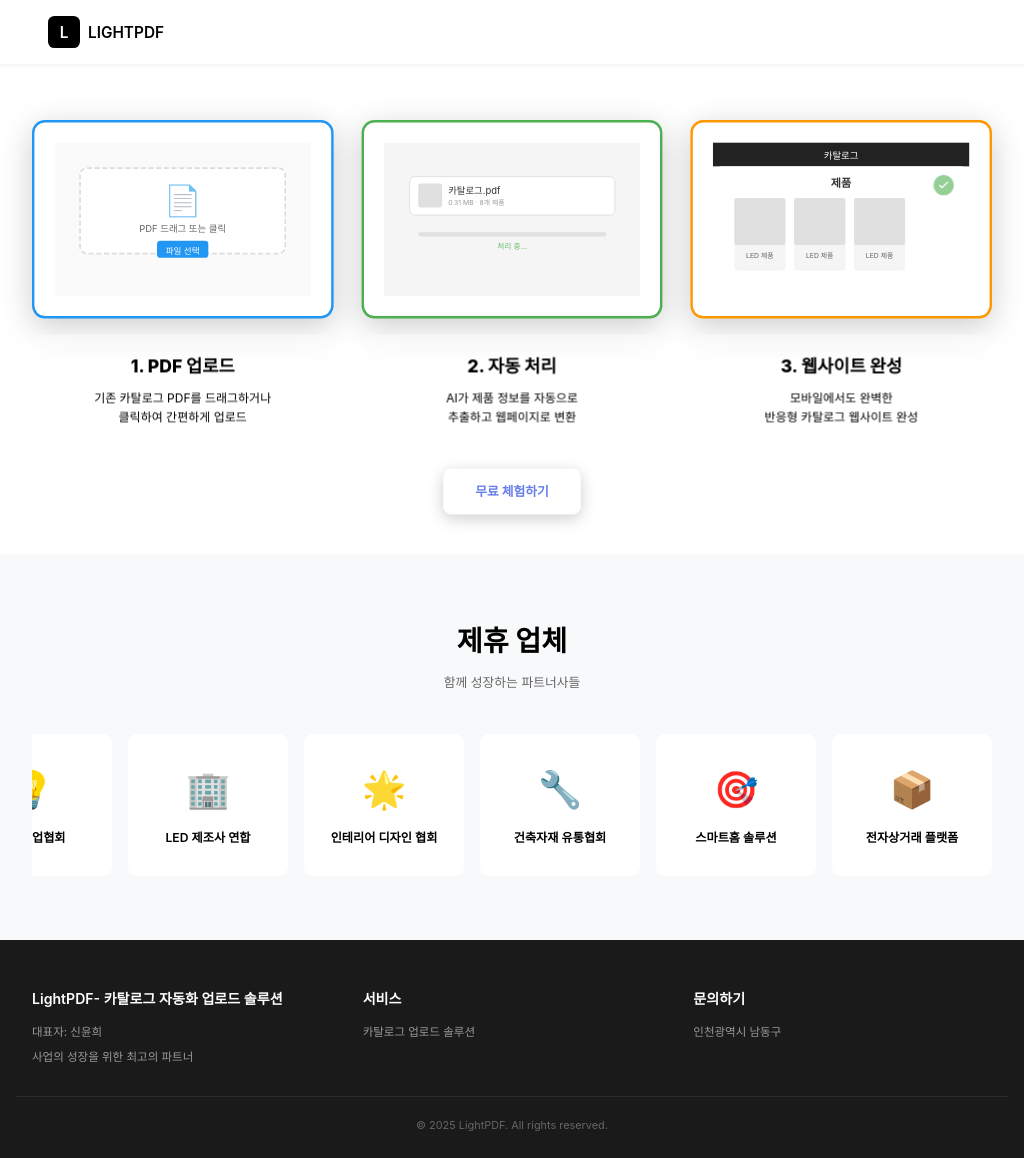
Repository: ororso11/catamaster
Page: index.html
An editor plug-in stored every save of this project. The page is shown before and after a run of saves, followed by the edit.
The browser window is 1280 px wide. The pictures show the whole page, at 80% of full size.

Above is the page before, as saved 2025-10-05 00:55:30.

### index.html
<!DOCTYPE html>
<html lang="ko">
<head>
    <meta charset="UTF-8">
    <meta name="viewport" content="width=device-width, initial-scale=1.0">
    <title>LIGHTPDF - 카탈로그 자동화 업로드 솔루션</title>
    <link rel="stylesheet" href="style.css">
</head>
<body>
    <header>
        <div class="header-container">
            <div class="logo">
                <div class="logo-icon">L</div>
                <span>LIGHTPDF</span>
            </div>
        </div>
    </header>

    <section class="hero">
        <div class="hero-content">
            <div class="process-container">
                <!-- Step 1 -->
                <div class="process-card">
                    <div class="card-inner card-1">
                        <svg viewBox="0 0 300 180" xmlns="http://www.w3.org/2000/svg">
                            <rect fill="#fafafa" width="300" height="180"/>
                            <rect x="30" y="30" width="240" height="100" rx="8" fill="white" stroke="#ddd" stroke-width="2" stroke-dasharray="6,3"/>
                            <text class="upload-icon" x="150" y="80" text-anchor="middle" font-size="35">📄</text>
                            <text x="150" y="105" text-anchor="middle" fill="#666" font-size="11">PDF 드래그 또는 클릭</text>
                            <rect x="120" y="115" width="60" height="20" rx="4" fill="#2196F3"/>
                            <text x="150" y="130" text-anchor="middle" fill="white" font-size="10">파일 선택</text>
                        </svg>
                    </div>
                    <div class="card-description">
                        <h3>1. PDF 업로드</h3>
                        <p>기존 카탈로그 PDF를 드래그하거나<br>클릭하여 간편하게 업로드</p>
                    </div>
                </div>

                <!-- Step 2 -->
                <div class="process-card">
                    <div class="card-inner card-2">
                        <svg viewBox="0 0 300 180" xmlns="http://www.w3.org/2000/svg">
                            <rect fill="#f5f5f5" width="300" height="180"/>
                            <rect x="30" y="40" width="240" height="45" rx="6" fill="white" stroke="#ddd"/>
                            <rect x="40" y="48" width="28" height="28" rx="3" fill="#e0e0e0"/>
                            <text x="75" y="60" fill="#333" font-size="11">카탈로그.pdf</text>
                            <text x="75" y="73" fill="#999" font-size="8">0.31 MB · 8개 제품</text>
                            <rect x="40" y="105" width="220" height="5" rx="2.5" fill="#e0e0e0"/>
                            <rect class="progress-bar" x="40" y="105" width="0" height="5" rx="2.5" fill="#4CAF50"/>
                            <text class="processing-text" x="150" y="125" text-anchor="middle" fill="#4CAF50" font-size="9">처리 중...</text>
                        </svg>
                    </div>
                    <div class="card-description">
                        <h3>2. 자동 처리</h3>
                        <p>AI가 제품 정보를 자동으로<br>추출하고 웹페이지로 변환</p>
                    </div>
                </div>

                <!-- Step 3 -->
                <div class="process-card">
                    <div class="card-inner card-3">
                        <svg viewBox="0 0 300 180" xmlns="http://www.w3.org/2000/svg">
                            <rect fill="#222" width="300" height="28"/>
                            <text x="150" y="19" text-anchor="middle" fill="white" font-size="11">카탈로그</text>
                            <rect x="8" y="28" width="284" height="144" fill="#fff"/>
                            <text x="150" y="52" text-anchor="middle" fill="#333" font-size="13" font-weight="bold">제품</text>

                            <g class="product-1">
                                <rect x="25" y="65" width="60" height="85" rx="3" fill="#f5f5f5"/>
                                <rect x="25" y="65" width="60" height="55" rx="3" fill="#e0e0e0"/>
                                <text x="55" y="135" text-anchor="middle" fill="#666" font-size="8">LED 제품</text>
                            </g>

                            <g class="product-2">
                                <rect x="95" y="65" width="60" height="85" rx="3" fill="#f5f5f5"/>
                                <rect x="95" y="65" width="60" height="55" rx="3" fill="#e0e0e0"/>
                                <text x="125" y="135" text-anchor="middle" fill="#666" font-size="8">LED 제품</text>
                            </g>

                            <g class="product-3">
                                <rect x="165" y="65" width="60" height="85" rx="3" fill="#f5f5f5"/>
                                <rect x="165" y="65" width="60" height="55" rx="3" fill="#e0e0e0"/>
                                <text x="195" y="135" text-anchor="middle" fill="#666" font-size="8">LED 제품</text>
                            </g>

                            <g class="checkmark">
                                <circle cx="270" cy="50" r="12" fill="#4CAF50"/>
                                <path d="M 265 50 L 268 53 L 275 46" stroke="white" stroke-width="1.5" fill="none"/>
                            </g>
                        </svg>
                    </div>
                    <div class="card-description">
                        <h3>3. 웹사이트 완성</h3>
                        <p>모바일에서도 완벽한<br>반응형 카탈로그 웹사이트 완성</p>
                    </div>
                </div>
            </div>
              <a href="dashboard.html" class="cta-button">무료 체험하기</a>
        </div>
    </section>

    <section class="partners">
        <h2 class="section-title">제휴 업체</h2>
        <p class="section-subtitle">함께 성장하는 파트너사들</p>

        <div class="partners-slider">
            <div class="partners-track">
                <div class="partner-card"><div class="partner-logo">💡</div><div class="partner-name">조명산업협회</div></div>
                <div class="partner-card"><div class="partner-logo">🏢</div><div class="partner-name">LED 제조사 연합</div></div>
                <div class="partner-card"><div class="partner-logo">🌟</div><div class="partner-name">인테리어 디자인 협회</div></div>
                <div class="partner-card"><div class="partner-logo">🔧</div><div class="partner-name">건축자재 유통협회</div></div>
                <div class="partner-card"><div class="partner-logo">🎯</div><div class="partner-name">스마트홈 솔루션</div></div>
                <div class="partner-card"><div class="partner-logo">📦</div><div class="partner-name">전자상거래 플랫폼</div></div>
                <div class="partner-card"><div class="partner-logo">💡</div><div class="partner-name">조명산업협회</div></div>
                <div class="partner-card"><div class="partner-logo">🏢</div><div class="partner-name">LED 제조사 연합</div></div>
                <div class="partner-card"><div class="partner-logo">🌟</div><div class="partner-name">인테리어 디자인 협회</div></div>
                <div class="partner-card"><div class="partner-logo">🔧</div><div class="partner-name">건축자재 유통협회</div></div>
            </div>
        </div>
    </section>

    <footer>
        <div class="footer-content">
            <div class="footer-section">
                <h3>LightPDF- 카탈로그 자동화 업로드 솔루션</h3>
                <p>대표자: 신윤희</p>
                <p>사업의 성장을 위한 최고의 파트너</p>
            </div>
            <div class="footer-section">
                <h3>서비스</h3>
                <p>카탈로그 업로드 솔루션</p>
            </div>
            <div class="footer-section">
                <h3>문의하기</h3>
                <p>인천광역시 남동구</p>
            </div>
        </div>
        <div class="footer-bottom">
            <p>&copy; 2025 LightPDF. All rights reserved.</p>
        </div>
    </footer>
</body>
</html>

### style.css
* {
    margin: 0;
    padding: 0;
    box-sizing: border-box;
}

body {
    font-family: -apple-system, BlinkMacSystemFont, 'Segoe UI', 'Malgun Gothic', sans-serif;
    color: #333;
    line-height: 1.6;
    overflow-x: hidden;
}

/* Header */
header {
    background: white;
    padding: 20px 0;
    box-shadow: 0 2px 5px rgba(0,0,0,0.05);
    position: sticky;
    top: 0;
    z-index: 100;
}

.header-container {
    max-width: 1200px;
    margin: 0 auto;
    padding: 0 20px;
    display: flex;
    justify-content: space-between;
    align-items: center;
}

.logo {
    display: flex;
    align-items: center;
    gap: 10px;
    font-size: 1.2rem;
    font-weight: 600;
    color: #000;
}

.logo-icon {
    width: 40px;
    height: 40px;
    background: #000;
    border-radius: 8px;
    display: flex;
    align-items: center;
    justify-content: center;
    color: white;
    font-size: 1.2rem;
}

/* Hero Section */
.hero {
    /* background: linear-gradient(135deg, #667eea 0%, #764ba2 100%); */
    /* padding: 80px 20px 100px; */
    padding:0px 10px 50px;
    text-align: center;
}

.hero-content {
    max-width: 1200px;
    margin: 0 auto;
}

.hero h1 {
    font-size: 3rem;
    font-weight: 800;
    margin-bottom: 20px;
    /* color: white; */
    line-height: 1.3;
}

.subtitle {
    font-size: 1.3rem;
    /* color: rgba(255, 255, 255, 0.95); */
    margin-bottom: 35px;
    font-weight: 600;
}

.cta-button {
    display: inline-block;
    padding: 16px 40px;
    background: white;
    color: #667eea;
    text-decoration: none;
    border-radius: 10px;
    font-weight: 700;
    font-size: 1rem;
    transition: all 0.3s;
    box-shadow: 0 5px 20px rgba(0, 0, 0, 0.2);
    margin-top:30px;
}

.cta-button:hover {
    transform: translateY(-3px);
    box-shadow: 0 8px 25px rgba(0, 0, 0, 0.3);
}

/* 프로세스 컨테이너 - 크게 부각 */
.process-container {
    margin-top: 70px;
    display: grid;
    grid-template-columns: repeat(3, 1fr);
    gap: 35px;
    max-width: 1200px;
    margin-left: auto;
    margin-right: auto;
}

.process-card {
    text-align: center;
}

.card-inner {
    background: white;
    border-radius: 16px;
    padding: 25px;
    box-shadow: 0 10px 40px rgba(0, 0, 0, 0.2);
    margin-bottom: 20px;
    transition: all 0.4s cubic-bezier(0.175, 0.885, 0.32, 1.275);
    position: relative;
}

.card-1 {
    border: 3px solid #2196F3;
}

.card-2 {
    border: 3px solid #4CAF50;
}

.card-3 {
    border: 3px solid #FF9800;
}

.card-inner:hover {
    transform: translateY(-12px) scale(1.03);
    box-shadow: 0 20px 60px rgba(0, 0, 0, 0.3);
}

.card-inner svg {
    width: 100%;
    height: auto;
    display: block;
}

.card-description {
    background: rgba(255, 255, 255, 0.2);
    border-radius: 14px;
    padding: 22px;
    backdrop-filter: blur(12px);
    transition: all 0.3s;
    color: #000;
}

.process-card:hover .card-description {
    background: rgba(255, 255, 255, 0.3);
    transform: translateY(-5px);
}

.card-description h3 {
    /* color: white; */
    font-size: 22px;
    font-weight: 800;
    margin-bottom: 10px;
}

.card-description p {
    /* color: rgba(255, 255, 255, 0.95); */
    font-size: 15px;
    line-height: 1.6;
}

/* 애니메이션 */
.card-1:hover .upload-icon {
    animation: bounce 1s ease-in-out infinite;
}

@keyframes bounce {
    0%, 100% { transform: translateY(0); }
    50% { transform: translateY(-10px); }
}

.progress-bar {
    animation: fillProgress 2.5s ease-in-out infinite;
}

@keyframes fillProgress {
    0% { width: 0; }
    50% { width: 220px; }
    100% { width: 0; }
}

.processing-text {
    animation: blink 1.5s ease-in-out infinite;
}

@keyframes blink {
    0%, 100% { opacity: 0.3; }
    50% { opacity: 1; }
}

.product-1, .product-2, .product-3 {
    opacity: 0;
    animation: fadeIn 3s ease-in-out infinite;
}

.product-1 {
    animation-delay: 0s;
}

.product-2 {
    animation-delay: 0.4s;
}

.product-3 {
    animation-delay: 0.8s;
}

.checkmark {
    opacity: 0;
    animation: fadeIn 3s ease-in-out infinite;
    animation-delay: 1.5s;
}

@keyframes fadeIn {
    0%, 100% { opacity: 0; }
    30%, 70% { opacity: 1; }
}

/* Partners Section */
.partners {
    padding: 80px 20px;
    background: #f8f9fa;
    overflow: hidden;
}

.section-title {
    text-align: center;
    font-size: 2.2rem;
    color: #000;
    margin-bottom: 12px;
    font-weight: 700;
}

.section-subtitle {
    text-align: center;
    color: #666;
    margin-bottom: 50px;
    font-size: 1rem;
}

.partners-slider {
    max-width: 1200px;
    margin: 0 auto;
    overflow: hidden;
}

.partners-track {
    display: flex;
    gap: 20px;
    animation: scroll 30s linear infinite;
}

@keyframes scroll {
    0% { transform: translateX(0); }
    100% { transform: translateX(-50%); }
}

.partner-card {
    min-width: 200px;
    background: white;
    padding: 35px 20px;
    border-radius: 12px;
    text-align: center;
    flex-shrink: 0;
    transition: all 0.3s;
}

.partner-card:hover {
    transform: translateY(-5px);
    box-shadow: 0 5px 20px rgba(0,0,0,0.1);
}

.partner-logo {
    font-size: 2.8rem;
    margin-bottom: 12px;
}

.partner-name {
    font-weight: 600;
    color: #000;
    font-size: 0.95rem;
}

/* Footer */
footer {
    background: #1a1a1a;
    color: #999;
    padding: 60px 20px 30px;
}

.footer-content {
    max-width: 1200px;
    margin: 0 auto;
    display: grid;
    grid-template-columns: repeat(3, 1fr);
    gap: 40px;
    margin-bottom: 30px;
}

.footer-section h3 {
    margin-bottom: 15px;
    font-size: 1.1rem;
    color: white;
    font-weight: 600;
}

.footer-section p {
    color: #999;
    font-size: 0.9rem;
    margin-bottom: 8px;
}

.footer-bottom {
    text-align: center;
    padding-top: 25px;
    border-top: 1px solid #333;
    color: #666;
    font-size: 0.85rem;
}

/* 반응형 */
@media (max-width: 768px) {
    .hero h1 {
        font-size: 2rem;
    }

    .process-container {
        grid-template-columns: 1fr;
        gap: 40px;
    }

    .footer-content {
        grid-template-columns: 1fr;
    }
}

After the next 2 saves:
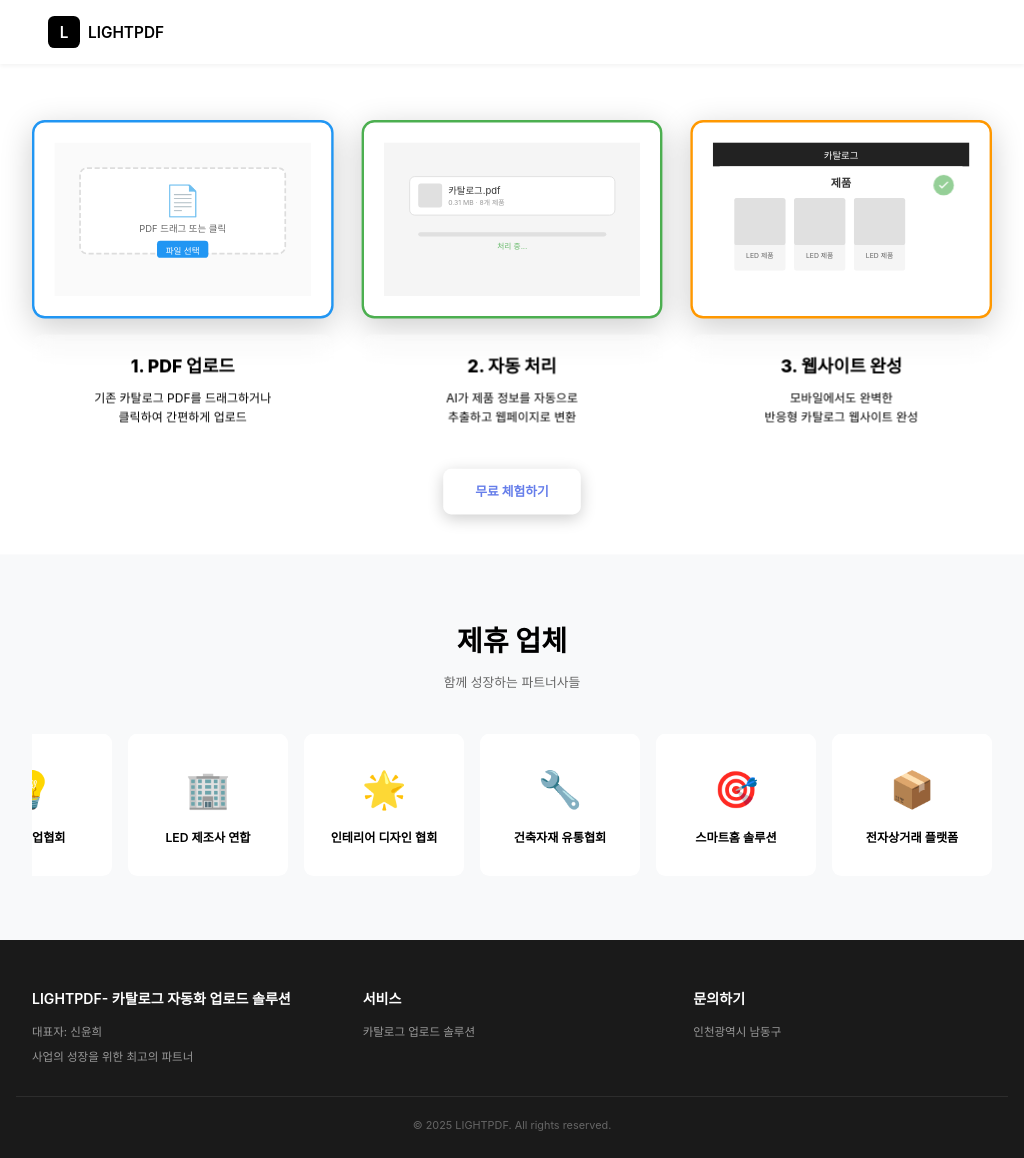
The 2 saves are shown as one change because they came seconds apart.
The last was saved 6 s later.
--- a/index.html
+++ b/index.html
@@ -123,7 +123,7 @@
     <footer>
         <div class="footer-content">
             <div class="footer-section">
-                <h3>LightPDF- 카탈로그 자동화 업로드 솔루션</h3>
+                <h3>LIGHTPDF- 카탈로그 자동화 업로드 솔루션</h3>
                 <p>대표자: 신윤희</p>
                 <p>사업의 성장을 위한 최고의 파트너</p>
             </div>
@@ -137,7 +137,7 @@
             </div>
         </div>
         <div class="footer-bottom">
-            <p>&copy; 2025 LightPDF. All rights reserved.</p>
+            <p>&copy; 2025 LIGHTPDF. All rights reserved.</p>
         </div>
     </footer>
 </body>
